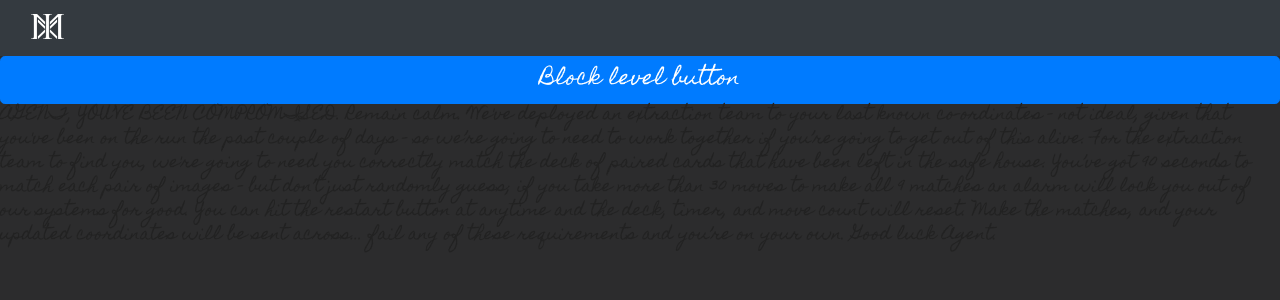
Repository: Code-Institute-Submissions/Milestone-25
Page: index.html
The author's editor kept a record of every edit. The page is drawn from the files as they stood at one moment, then again after the next edit.
The browser window is 1280 px wide. The pictures show the whole page.

Above is the page before.

After the next edit:
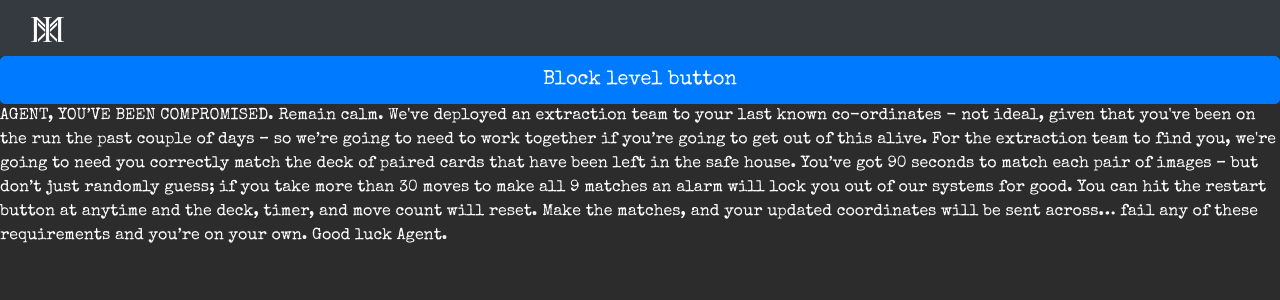
The edit:
--- a/assets/css/style.css
+++ b/assets/css/style.css
@@ -8,8 +8,8 @@
 body {
   height: 100%;
   width: 100%;
-  font-family: 'Homemade Apple', sans-serif;
-  color: #222;
+  font-family: 'Special Elite', sans-serif;
+  color: #fff;
   background-color: #2c2c2d;
 }
 
